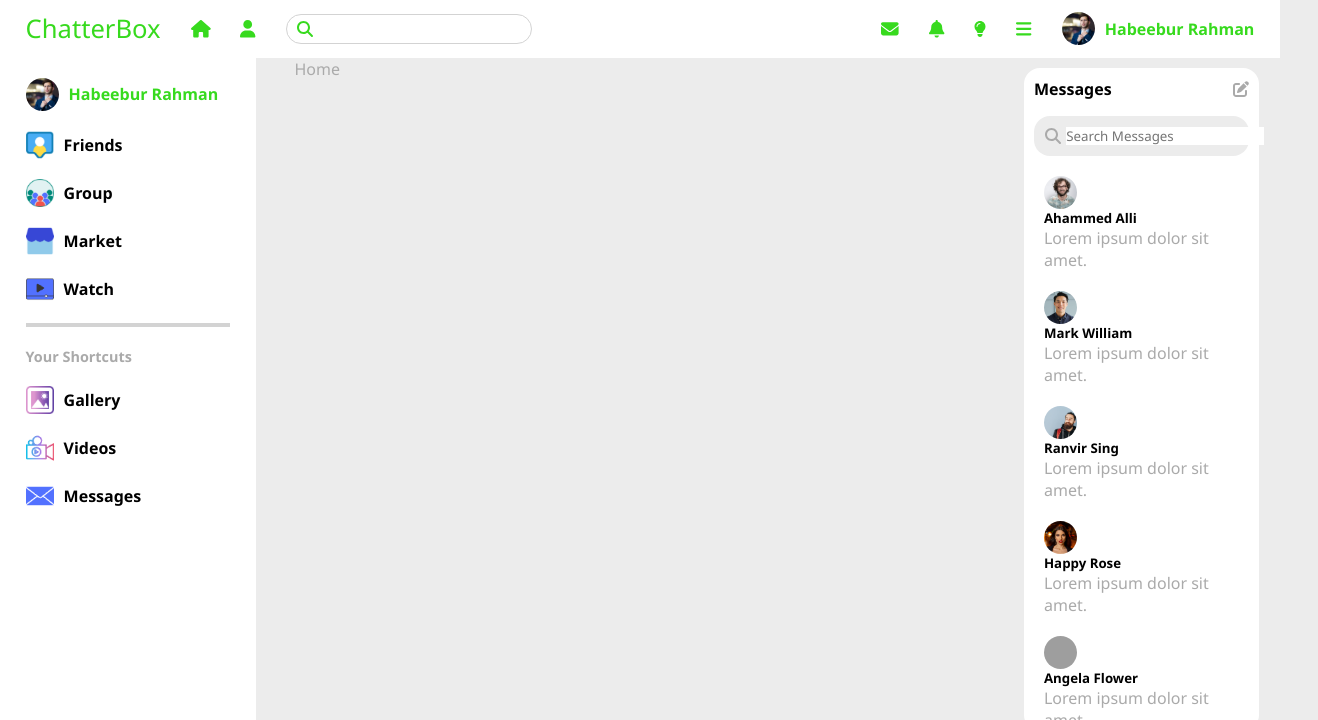
Repository: Habeebur1493/social-media-app
Page: /
These files come from the project's save history. The page is drawn as it stood at one moment and after the next save; the edit follows.
The browser window is 1280 px wide. The page is 1318 px wide, so the pictures cover 1318 px, including what lies to the right of the window. The pictures show the whole page.
Pictures or frames that could not be fetched are drawn as grey boxes. The project was rebuilt for these pictures with package versions that can differ from the ones it lists, and the page was loaded fresh each time. Also part of the build but not shown: vite.config.js, src/pages/login/login.css, src/pages/login/Login.jsx, src/pages/signup/signup.css, src/pages/signup/Signup.jsx, src/pages/profile/Profile.jsx, src/pages/chatbox/Chatbox.jsx.

Above is the page before, as saved 2025-01-29 11:49:40.

### src/App.jsx
import './App.css'
import Layout from './Layout/layout'

function App() {

  return (
    <>
      <Layout />

    </>
  )
}

export default App

### src/App.css
*{
  margin: 0;
  padding: 0;
  box-sizing: border-box;
  text-align: none;
  list-style: none;
  font-family: 'Segoe UI', Tahoma, Geneva, Verdana, sans-serif;
  text-decoration: none;
  outline: none;
  border: none;
}

:root{
  --color-primary:#37da1e;
  --text-color: black;
  --color-bg:rgb(236, 236, 236);
  --color-card: white;
  --color-soft:#aaaaaa;
  --color-border:lightgray;
  --color-red:red;
}

.darkmode{
  --text-color: white;
  --color-bg:black;
  --color-card:#111111;

}

body{
  overflow-x: hidden;
}

.container{
  max-width: 991px;
  width: 100%;
  margin: 0 auto;
}
h1,h2,h3,h4,h5{
  font-weight: 600;
  color: var(--text-color);
}
img{
  width: 100%;
  display: block;
  object-fit: cover;
}
.user{
  display: flex;
  align-items: center;
  gap: 10px;
}
.user img{
  width: 33px;
  aspect-ratio: 1/1;
  border-radius: 50%;
}
.user h4{
  color: var(--color-primary)
}
body{
  background: var(--color-bg);
  color: var(--color-soft);
}
small,p{
  color: var(--color-soft);
}
.btn{
  padding: .6rem 1.6rem;
  display: inline-block;
  width: fit-content;
  cursor: pointer;
  border-radius: .5rem;
  font-size: .9rem;
  font-weight: 500;
  border: none;
  transition: .3s ease;

}
.btn:hover{
  opacity: .7;
}
.btn-primary{
  background: var(--color-primary);
  color: white;
}

.btn-red{
  background: var(--color-red);
  color: white;
}

main{
  display: grid;
  grid-template-columns: 20% 54% 23%;
  gap: 3%;
  width: 100%;
}

### src/Layout/layout.jsx
import React from 'react'

import { createBrowserRouter, Outlet, RouterProvider } from 'react-router-dom'

//Pages.....
import Login from '../pages/login/Login'
import Signup from '../pages/signup/Signup'
import Home from '../pages/home/Home'
import Profile from '../pages/profile/Profile'
import Chatbox from '../pages/chatbox/Chatbox'


//Components.....
import Nav from '../components/nav/Nav'
import LeftBar from '../components/leftbar/LeftBar'
import RightBar from '../components/rightbar/RightBar'

export default function layout() {

//Feed..........
const Feed = () => {
    return (
        <>
        <Nav/>
            <main>
                <LeftBar/>
                <div className="container">
                    <Outlet/>
                </div>
                <RightBar/>
            </main>
        </>
    )
}


    //Router..........
    const router = createBrowserRouter([
        {
            path : '/',
            element : <Feed/>,
            children: [
                {
                    path : '/',
                    element :<Home/>
                },
                {
                    path : '/profile/:id',
                    element :<Profile/>
                },
                {
                    path : '/chatbox/:id',
                    element :<Chatbox/>
                },
               ]
        },

        {
            path : '/login',
            element : <Login/>
        },
        {
            path : '/signup',
            element : <Signup/>
        },
    ])


    return (
        <>
            <RouterProvider router={router} />
        </>
    )
}

### src/pages/home/Home.jsx
import React from 'react'

export default function Home(){
  return (
    <div>
        Home
    </div>
  )
}

### src/components/nav/Nav.jsx
import React from 'react'
import './nav.css'
import { Link } from 'react-router-dom'

//Fake API............

import CurrentUser from '../../FackApis/CurrentUserData'

//Components............

import Darkmode from '../darkmod/Darkmode'

// FontAwesome Icons............
import { FontAwesomeIcon } from '@fortawesome/react-fontawesome'
import { faSearch, faHome, faUser, faEnvelope, faBell, faBars } from '@fortawesome/free-solid-svg-icons'


export default function Nav() {
  return (
    <nav>
      <div className="nav-container">
        {/* ............Nav Left........ */}
        <div className="nav-left">
          <Link to='/'>
            <h3 className='logo'>ChatterBox</h3>
          </Link>
          <Link to='/'>
            <FontAwesomeIcon icon={faHome}/>
          </Link>
          <Link to='/profile/id'>
            <FontAwesomeIcon icon={faUser}/>
          </Link>
          <div className="Nav-Searchbar">
            <FontAwesomeIcon icon={faSearch}/>
            <input type="search" />
          </div>
        </div>
{/* ............Nav Right........ */}
        <div className="nav-right">
          <Link to='/chatbox/id'>
            <FontAwesomeIcon icon={faEnvelope}/>
          </Link>
          <Link to='/'>
            <FontAwesomeIcon icon={faBell}/>
          </Link>
          <Darkmode/>
          <Link to='/'>
            <FontAwesomeIcon icon={faBars}/>
          </Link>
          <div className="user">
            <img src={CurrentUser.map(user => (user.ProfieImage))} alt="" />
            <h4>Habeebur Rahman</h4>
          </div>
        </div>
      </div>
    </nav>
  )
}

### src/components/leftbar/LeftBar.jsx
import React from 'react'
import './leftbar.css'
import { Link } from 'react-router-dom'


//Components.......
import CurrentUser from '../../FackApis/CurrentUserData'

//Icon Image......
import Friend from '../../assets/icon/1.png'
import Group from '../../assets/icon/2.png'
import Market from '../../assets/icon/3.png'
import Watch from '../../assets/icon/4.png'
import Gallery from '../../assets/icon/5.png'
import Videos from '../../assets/icon/6.png'
import Messages from '../../assets/icon/7.png'

export default function LeftBar() {
  return (
    <div className='leftbar'>
      <div className="left-container">
        <div className="menu">
          <Link to='/profile/id'>
          <div className="user">
            <img src={CurrentUser.map(user=>(user.ProfieImage))} alt="" />
            <h4>Habeebur Rahman</h4>
          </div>
          </Link>
          <Link to='/'>
          <div className="item">
            <img src={Friend} alt="" />
            <h4>Friends</h4>
          </div>
          </Link>
          <Link to='/'>
          <div className="item">
            <img src={Group} alt="" />
            <h4>Group</h4>
          </div>
          </Link>
          <Link to='/'>
          <div className="item">
            <img src={Market} alt="" />
            <h4>Market</h4>
          </div>
          </Link>
          <Link to='/'>
          <div className="item">
            <img src={Watch} alt="" />
            <h4>Watch</h4>
          </div>
          </Link>

        </div>
          <hr />
        <div className="menu">
          <h4 className='others'>Your Shortcuts</h4>
          <Link to='/'>
          <div className="item">
            <img src={Gallery} alt="" />
            <h4>Gallery</h4>
          </div>
          </Link>
          <Link to='/'>
          <div className="item">
            <img src={Videos} alt="" />
            <h4>Videos</h4>
          </div>
          </Link>
          <Link to='/'>
          <div className="item">
            <img src={Messages} alt="" />
            <h4>Messages</h4>
          </div>
          </Link>
        </div>
      </div>
    </div>
  )
}

### src/components/rightbar/RightBar.jsx
import React from 'react'
import './rightbar.css'

//Components.......
import Message from '../message/Message'
import FriendReq from '../friendReq/FriendReq'


export default function RightBar() {
  return (
    <div className='rightbar'>
      <div className="rightbar-container">
        <Message/>
        <FriendReq/>
      </div>
    </div>
  )
}

### src/components/nav/nav.css
nav{
    height: 3.6rem;
    display: flex;
    align-items: center;
    justify-content: center;
    border-bottom: 1px solid var (--color-border);
    color: var(--color-primary);
    position: sticky;
    z-index: 10;
    background: var(--color-card);
    top: 0;
}

.nav-container{
    width: 96%;
    display: flex;
    align-items: center;
    justify-content: space-between;
}
.nav-container a{
    color: var(--color-primary);
    font-size: 1.1rem;
}
.nav-left{
    display: flex;
    align-items: center;
    gap: 30px
}

.logo{
    color: var(--color-primary);
    font-size: 1.6rem;
    font-weight: 400;
}

.Nav-Searchbar{
    display: flex;
    align-items: center;
    gap: 10px;
    border: 1px solid var(--color-border);
    border-radius: 2rem;
    padding: 5px 10px;
}

.Nav-Searchbar input{
    background: transparent;
    color: var(--color-primary);
}
.nav-right{
    display: flex;
    align-items: center;
    gap: 30px;
}

/* Media Queries */

@media(max-width: 768px) {
     nav .user{
        display: none;
     }
     .nav-container a{
        font-size: 1rem;
     }
     .nav-container .logo{
        font-size: 1.3rem;
     }
     .Nav-Searchbar{
        border: none;
        padding: 0;
     }
     .Nav-Searchbar input{
        display: none;
     }
     .nav-left, .nav-right{
        gap: 20px;
     }
}

### src/FackApis/CurrentUserData.js

import ProfieImage from '../assets/img/CurentProfile.jpeg';
import CoverPhoto from '../assets/img/CoverPhotos.jpg';

const CurrentUser = [
    {
        id: 'me',
        name : 'Habeebur Rahman',
        username: '@theHabeebur',
        ProfieImage: ProfieImage,
        CoverPhoto: CoverPhoto
    }
];

export default CurrentUser;

### src/components/darkmod/Darkmode.jsx
import React from 'react'
import './darkmode.css'


// FontAwesome Icon........


import { FontAwesomeIcon } from '@fortawesome/react-fontawesome'
import { faLightbulb } from '@fortawesome/free-solid-svg-icons'

export default function Darkmode() {

  const Darkmode = () => {
    document.querySelector('body').classList.toggle('darkmode');
  }
  return (
    <div className='dark-mood-icon'>
        <FontAwesomeIcon icon={faLightbulb}
        onClick={Darkmode} />
    </div>
  )
}

### src/components/leftbar/leftbar.css
.leftbar{
    position: sticky;
    top: 3.6rem;
    background: var(--color-card);
    height: calc(100vh -3.6rem);
    overflow: auto;
}
.leftbar::-webkit-scrollbar{
    display: none;
}
.left-container{
    width: 80%;
    margin: 0 auto;
}
.left-container .user{
    margin-top: 20px;
}

.left-container .item{
    display: flex;
    align-items: center;
    gap: 10px;
    margin: 20px 0;
}
.left-container .item img{
    width: 28px;
}

hr{
    background: var(--color-border);
    border: none;
    height: 4px;
    margin-bottom: 20px;
}
.others{
    color: var(--color-soft);
    font-size: .9rem;
}

/* Media Quries */

@media (max-width: 1024px){
    .left-container{
        width: fit-content;
    }
    .left-container h4{
        display: none;
    }
}

@media (max-width:991px){
    .leftbar{
        display: none;
    }
}

### src/components/rightbar/rightbar.css
.rightbar{
    height: calc(100vh - 3.6rem);
    /* background: var(--color-card); */
    position: sticky;
    top: 3.6rem;
    overflow: auto;
}

.rightbar::-webkit-scrollbar{
    display: none;
}
.rightbar-container{
    width: 80%;
}

### src/components/message/Message.jsx
import React from 'react'
import { Link } from 'react-router-dom'

import './message.css'

//Fack Api.............

import MessageData from '../../FackApis/MessageData'

// Font Awesome Icons............

import { FontAwesomeIcon } from '@fortawesome/react-fontawesome'
import { faSearch, faHome, faUser, faEnvelope, faBell, faBars, faEdit } from '@fortawesome/free-solid-svg-icons'

export default function Message() {
  return (
    <div className='message'>
      <div className="message-top">
        <h4>Messages</h4>
        <FontAwesomeIcon icon={faEdit}/>
      </div>
      <div className="message-search">
        <FontAwesomeIcon icon={faSearch}/>
        <input type="search" placeholder='Search Messages'/>
      </div>
      <div className="border-div"></div>

      {
        MessageData.map((message) => (
          <Link to='/chatbox/id'>
            <div className="message" key={message.id}>
              <div className="user">
                <img src={message.img} alt="" />
                <div className="green-active"></div>
              </div>
              <div className="message-body">
                <h5>{message.name}</h5>
                <p>{message.mText}</p>
              </div>
            </div>
          </Link>
        ))
      }
    </div>
  )
}

### src/components/friendReq/FriendReq.jsx
import React from 'react'

export default function FriendReq() {
  return (
    <div>FriendReq</div>
  )
}

### src/components/darkmod/darkmode.css
.dark-mood-icon:{
    transition: .3s ease;
}

.dark-mood-icon:hover{
    transform: scale(1.2);

}

### src/components/message/message.css
.message{
    background: var(--color-card);
    margin: 10px auto;
    border-radius: 1rem;
    padding: 10px 10px 0px 10px;
}

.message-top{
    display: flex;
    align-items: center;
    justify-content: space-between;
    margin-bottom: 1rem;
}

.message-search{
    background: var(--color-bg);
    display: flex;
    gap: 5px;
    align-items: center;
    border-radius: 1rem;
    padding: .7rem;
}

### src/FackApis/MessageData.js

import MeessageImage1 from '../assets/img/MessageProfile1.png'
import MeessageImage2 from '../assets/img/MessageProfile2.jpg'
import MeessageImage3 from '../assets/img/MessageProfile4.jpg'
import MeessageImage4 from '../assets/img/MessageProfile5.jpg'
import MeessageImage5 from '../assets/img/MessageProfile6.jpg'


const Messages =[
    {
        id: 1,
        name: 'Ahammed Alli',
        img: MeessageImage1,
        mText: 'Lorem ipsum dolor sit amet.'
    },
    {
        id: 2,
        name: 'Mark William',
        img: MeessageImage2,
        mText: 'Lorem ipsum dolor sit amet.'
    },
    {
        id: 3,
        name: 'Ranvir Sing',
        img: MeessageImage3,
        mText: 'Lorem ipsum dolor sit amet.'
    },
    {
        id: 4,
        name: 'Happy Rose',
        img: MeessageImage4,
        mText: 'Lorem ipsum dolor sit amet.'
    },
    {
        id: 5,
        name: 'Angela Flower',
        img: MeessageImage5,
        mText: 'Lorem ipsum dolor sit amet.'
    },
];


export default Messages;

Loaded but not shown: index.html (common file); src/main.jsx (common file)

After the next save:
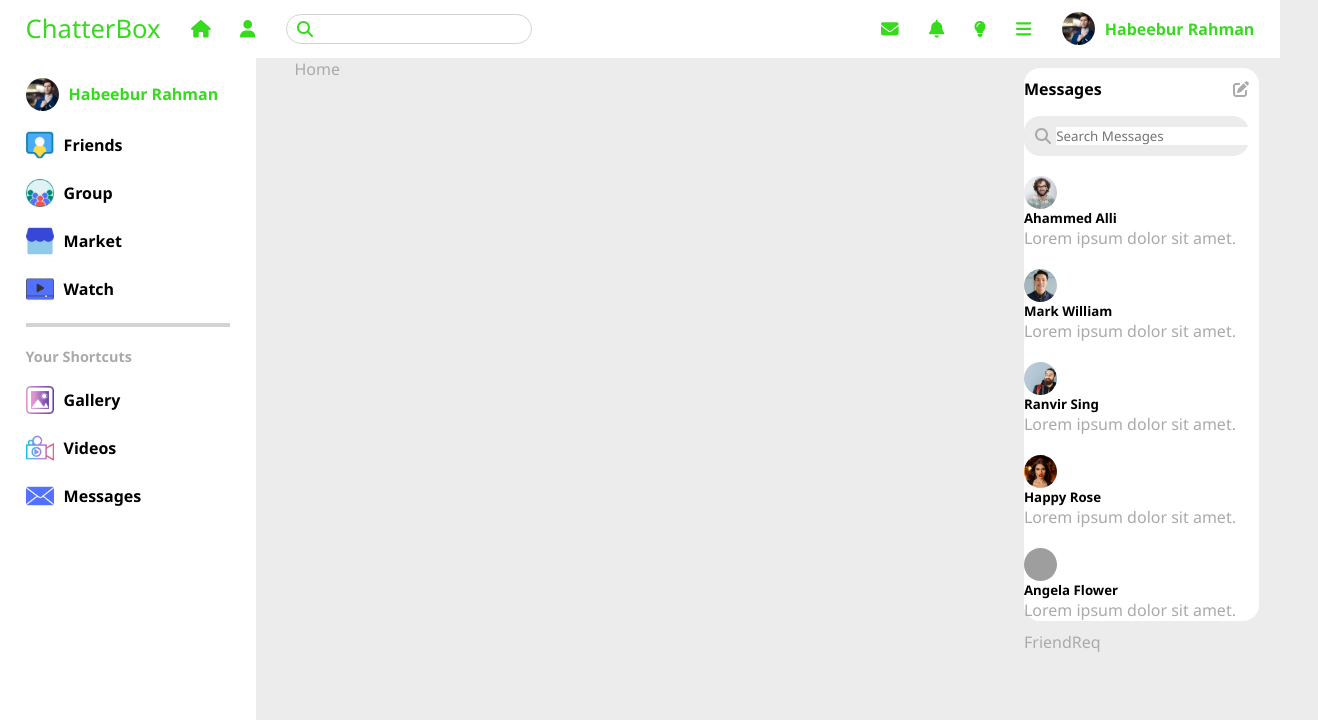
Saved 13 s later.
--- a/src/components/message/message.css
+++ b/src/components/message/message.css
@@ -2,7 +2,7 @@
     background: var(--color-card);
     margin: 10px auto;
     border-radius: 1rem;
-    padding: 10px 10px 0px 10px;
+    padding: 10px 10px 0px 0px;
 }
 
 .message-top{

After the save that followed:
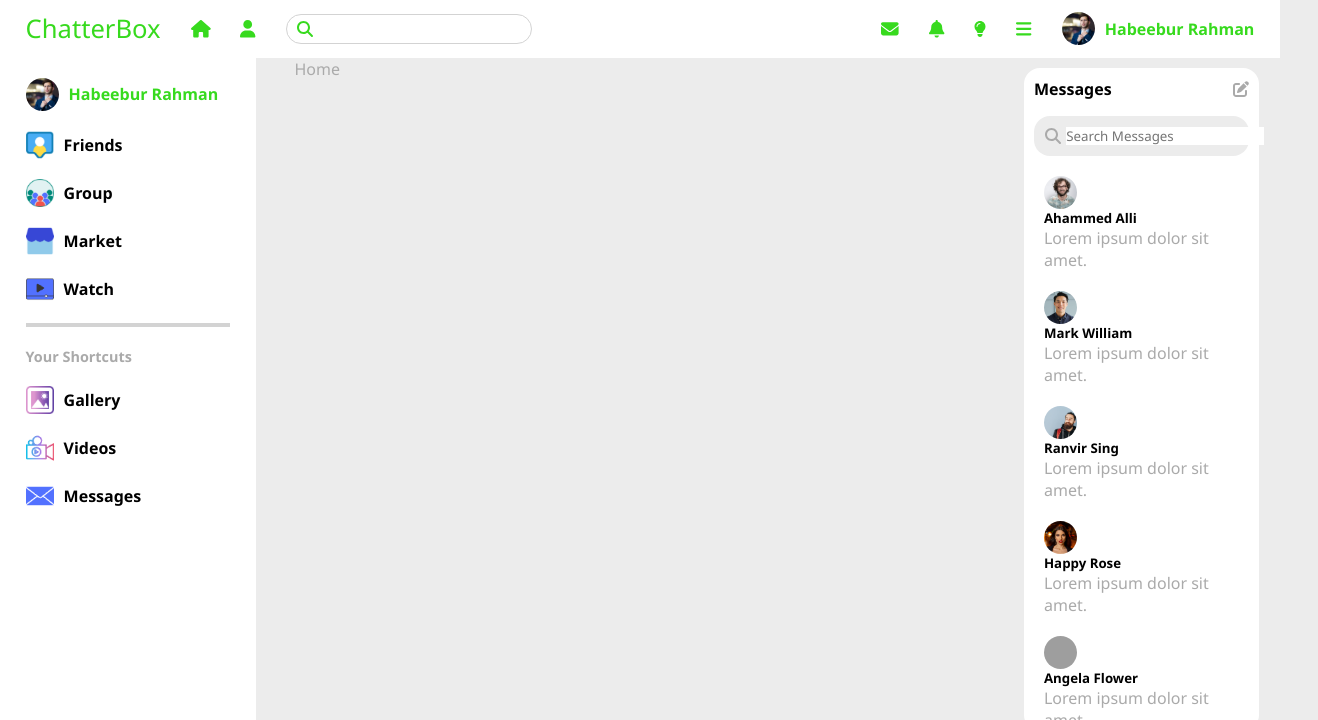
Saved 5 s later.
--- a/src/components/message/message.css
+++ b/src/components/message/message.css
@@ -2,7 +2,7 @@
     background: var(--color-card);
     margin: 10px auto;
     border-radius: 1rem;
-    padding: 10px 10px 0px 0px;
+    padding: 10px 10px 0px 10px;
 }
 
 .message-top{
